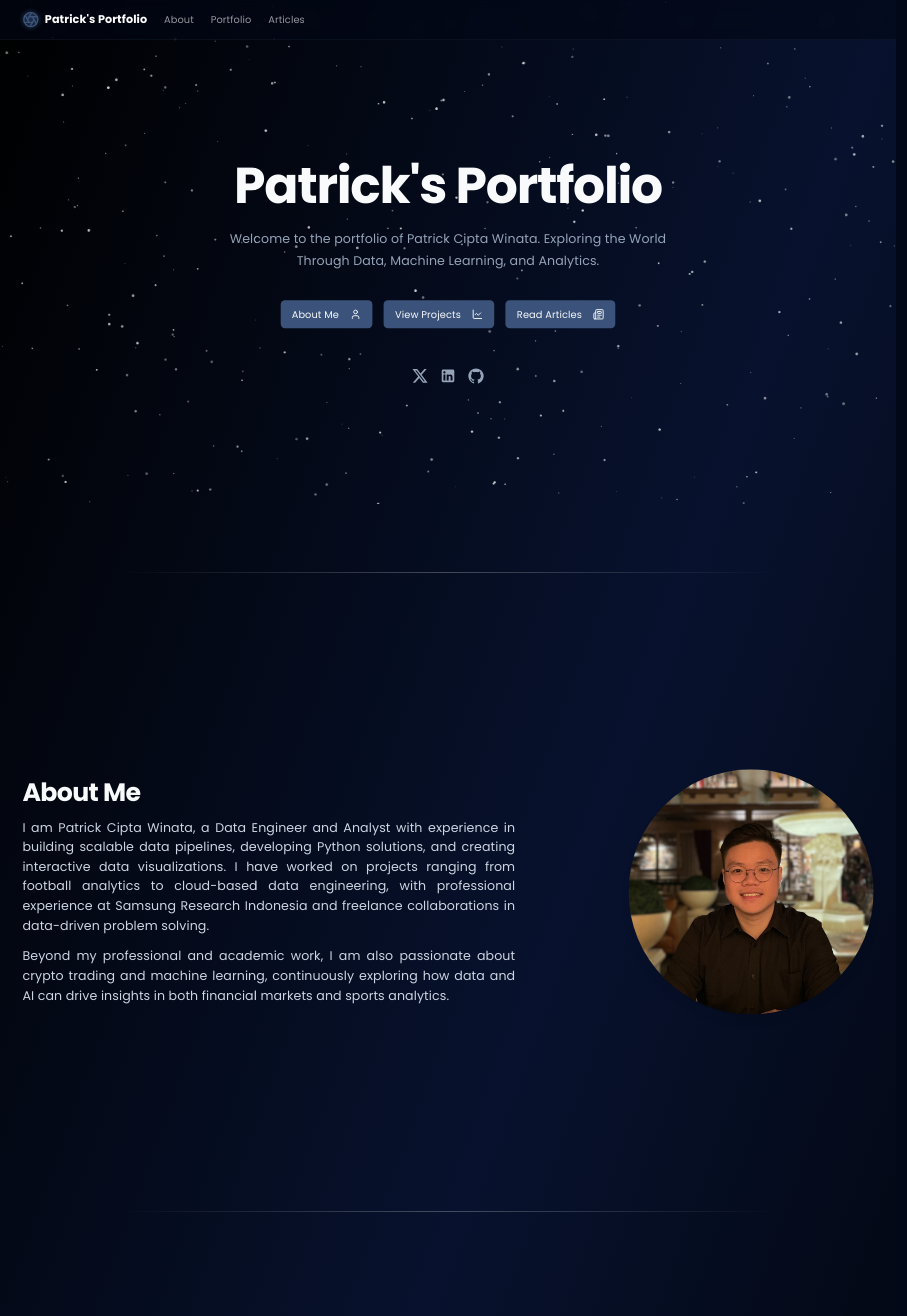
Repository: patrick-cw/my-portfolio
Page: /
The author's editor kept a copy of each file at every save. The page is drawn from the files as they stood at one save, then again after the next save.
The browser window is 1280 px wide. The page is 1296 px wide, so the pictures cover 1296 px, including what lies to the right of the window. The pictures show the part of the page from y = 0 to 1880 px (the page is 3545 px tall), at 70% of full size.
The project was rebuilt for these pictures with package versions that can differ from the ones it lists, and the page was loaded fresh each time. The framework's server and built-in components were replaced by stand-ins that run in the browser. Also part of the build but not shown: next.config.ts.

Above is the page before, as saved 2025-08-31 02:47:10.

### src/app/layout.tsx
import type {Metadata} from 'next';
import './globals.css';
import { Toaster } from "@/components/ui/toaster";
import { cn } from '@/lib/utils';
import Particles from '@/components/particles';
import Header from '@/components/header';
import Footer from '@/components/footer';
import ThemeRegistry from '@/components/ThemeRegistry';

export const metadata: Metadata = {
  title: "Patrick's Portfolio",
  description: 'A portfolio showcasing football analytics projects, articles, and more.',
};

export default function RootLayout({
  children,
}: Readonly<{
  children: React.ReactNode;
}>) {
  return (
    <html lang="en" className="dark" style={{scrollBehavior: 'smooth'}}>
      <head>
        <link rel="preconnect" href="https://fonts.googleapis.com" />
        <link rel="preconnect" href="https://fonts.gstatic.com" crossOrigin="anonymous" />
        <link href="https://fonts.googleapis.com/css2?family=Poppins:wght@400;600;700&display=swap" rel="stylesheet" />
      </head>
      <body className={cn("min-h-screen font-body antialiased bg-background")}>
        <ThemeRegistry>
          <div className="relative z-0 flex min-h-screen flex-col bg-gradient-to-br from-black via-blue-900/20 to-black">
            <Particles />
            <Header />
            <main className="flex-1">{children}</main>
            <Footer />
          </div>
          <Toaster />
        </ThemeRegistry>
      </body>
    </html>
  );
}

### src/app/globals.css
@tailwind base;
@tailwind components;
@tailwind utilities;

@layer base {
  :root {
    --background: 0 0% 100%;
    --foreground: 222.2 84% 4.9%;
    --card: 0 0% 100%;
    --card-foreground: 222.2 84% 4.9%;
    --card-highlight: 217.2 91.2% 95%;
    --popover: 0 0% 100%;
    --popover-foreground: 222.2 84% 4.9%;
    --primary: 217.2 91.2% 59.8%;
    --primary-foreground: 210 40% 98%;
    --secondary: 210 40% 96.1%;
    --secondary-foreground: 217.2 91.2% 59.8%;
    --muted: 210 40% 96.1%;
    --muted-foreground: 215.4 16.3% 46.9%;
    --accent: 202.77 50.91% 17.55%;
    --accent-foreground: 217.2 91.2% 59.8%;
    --destructive: 0 84.2% 60.2%;
    --destructive-foreground: 210 40% 98%;
    --border: 214.3 31.8% 91.4%;
    --input: 214.3 31.8% 91.4%;
    --ring: 217.2 91.2% 59.8%;
    --radius: 0.5rem;
    --sidebar-background: 0 0% 98%;
    --sidebar-foreground: 240 5.3% 26.1%;
    --sidebar-primary: 240 5.9% 10%;
    --sidebar-primary-foreground: 0 0% 98%;
    --sidebar-accent: 240 4.8% 95.9%;
    --sidebar-accent-foreground: 240 5.9% 10%;
    --sidebar-border: 220 13% 91%;
    --sidebar-ring: 217.2 91.2% 59.8%;
    --chart-1: 12 76% 61%;
    --chart-2: 173 58% 39%;
    --chart-3: 197 37% 24%;
    --chart-4: 43 74% 66%;
    --chart-5: 27 87% 67%;
  }
  .dark {
    --background: 222.2 84% 4.9%;
    --foreground: 210 40% 98%;
    --card: 222.2 84% 6.9%;
    --card-foreground: 210 40% 98%;
    --card-highlight: 240.85 31.17% 24.06%;
    --popover: 222.2 84% 4.9%;
    --popover-foreground: 210 40% 98%;
    --primary: 217.2 35% 35.5%;
    --primary-foreground: 210 40% 98%;
    --secondary: 217.2 32.6% 17.5%;
    --secondary-foreground: 210 40% 98%;
    --muted: 217.2 32.6% 17.5%;
    --muted-foreground: 215 20.2% 65.1%;
    --accent: 217.2 32.6% 17.5%;
    --accent-foreground: 210 40% 98%;
    --destructive: 0 62.8% 30.6%;
    --destructive-foreground: 210 40% 98%;
    --border: 217.2 32.6% 17.5%;
    --input: 217.2 32.6% 17.5%;
    --ring: 217.2 91.2% 59.8%;
    --chart-1: 220 70% 50%;
    --chart-2: 160 60% 45%;
    --chart-3: 30 80% 55%;
    --chart-4: 280 65% 60%;
    --chart-5: 340 75% 55%;
    --sidebar-background: 240 5.9% 10%;
    --sidebar-foreground: 240 4.8% 95.9%;
    --sidebar-primary: 224.3 76.3% 48%;
    --sidebar-primary-foreground: 0 0% 100%;
    --sidebar-accent: 240 3.7% 15.9%;
    --sidebar-accent-foreground: 240 4.8% 95.9%;
    --sidebar-border: 240 3.7% 15.9%;
    --sidebar-ring: 217.2 91.2% 59.8%;
  }
}

@layer base {
  * {
    @apply border-border;
  }
  body {
    @apply bg-background text-foreground;
  }
}

### src/components/ui/toaster.tsx
"use client"

import { useToast } from "@/hooks/use-toast"
import {
  Toast,
  ToastClose,
  ToastDescription,
  ToastProvider,
  ToastTitle,
  ToastViewport,
} from "@/components/ui/toast"

export function Toaster() {
  const { toasts } = useToast()

  return (
    <ToastProvider>
      {toasts.map(function ({ id, title, description, action, ...props }) {
        return (
          <Toast key={id} {...props}>
            <div className="grid gap-1">
              {title && <ToastTitle>{title}</ToastTitle>}
              {description && (
                <ToastDescription>{description}</ToastDescription>
              )}
            </div>
            {action}
            <ToastClose />
          </Toast>
        )
      })}
      <ToastViewport />
    </ToastProvider>
  )
}

### src/components/particles.tsx
"use client";

import React, { useRef, useEffect } from 'react';
import { cn } from '@/lib/utils';

interface MousePosition {
  x: number | null;
  y: number | null;
  radius: number;
}

// Helper class for a single particle
class Particle {
  x: number;
  y: number;
  size: number;
  color: string;
  // Base velocity
  vx: number;
  vy: number;
  // Mouse-induced velocity
  pushX: number;
  pushY: number;
  friction: number;

  constructor(private canvas: HTMLCanvasElement) {
    this.x = Math.random() * canvas.width;
    this.y = Math.random() * canvas.height;
    this.size = Math.random() * 1.5 + 0.5;
    this.color = `rgba(255, 255, 255, ${Math.random() * 0.5 + 0.3})`;
    this.vx = (Math.random() - 0.5) * 0.1; // Slow independent horizontal movement
    this.vy = (Math.random() - 0.5) * 0.1; // Slow independent vertical movement
    this.pushX = 0;
    this.pushY = 0;
    this.friction = 0.95; // Slows down the mouse push effect
  }

  draw(context: CanvasRenderingContext2D) {
    context.fillStyle = this.color;
    context.beginPath();
    context.arc(this.x, this.y, this.size, 0, Math.PI * 2);
    context.fill();
  }

  update(mouse: MousePosition) {
    // Mouse interaction
    if (mouse.x !== null && mouse.y !== null) {
        const dx = this.x - mouse.x;
        const dy = this.y - mouse.y;
        const distance = Math.sqrt(dx * dx + dy * dy);
        const forceDirectionX = dx / distance;
        const forceDirectionY = dy / distance;
        const force = (mouse.radius - distance) / mouse.radius; // Inverted force

        if (distance < mouse.radius) {
            const pushStrength = force * 0.5; // Adjust push strength
            this.pushX += forceDirectionX * pushStrength;
            this.pushY += forceDirectionY * pushStrength;
        }
    }

    // Apply friction to the mouse-push velocity
    this.pushX *= this.friction;
    this.pushY *= this.friction;

    // Update position with both base velocity and mouse-push velocity
    this.x += this.vx + this.pushX;
    this.y += this.vy + this.pushY;

    // Screen wrapping logic
    if (this.x > this.canvas.width) this.x = 0;
    if (this.x < 0) this.x = this.canvas.width;
    if (this.y > this.canvas.height) this.y = 0;
    if (this.y < 0) this.y = this.canvas.height;
  }
}

export default function Particles({ className }: { className?: string }) {
  const canvasRef = useRef<HTMLCanvasElement>(null);
  const particles = useRef<Particle[]>([]);
  const mouse = useRef<MousePosition>({ x: null, y: null, radius: 100 });
  const animationFrameId = useRef<number>();

  const initParticles = (canvas: HTMLCanvasElement) => {
    particles.current = [];
    const numberOfParticles = Math.floor((canvas.width * canvas.height) / 3000);
    for (let i = 0; i < numberOfParticles; i++) {
      particles.current.push(new Particle(canvas));
    }
  };

  const animate = () => {
    const canvas = canvasRef.current;
    if (!canvas) return;
    const context = canvas.getContext('2d');
    if (!context) return;

    context.clearRect(0, 0, canvas.width, canvas.height);
    for (const particle of particles.current) {
      particle.update(mouse.current);
      particle.draw(context);
    }
    animationFrameId.current = requestAnimationFrame(animate);
  };

  useEffect(() => {
    const canvas = canvasRef.current;
    if (!canvas) return;

    const handleResize = () => {
      if (animationFrameId.current) {
        cancelAnimationFrame(animationFrameId.current);
      }
      canvas.width = window.innerWidth;
      canvas.height = window.innerHeight;
      initParticles(canvas);
      animate();
    };

    const handleMouseMove = (event: MouseEvent) => {
      mouse.current.x = event.clientX;
      mouse.current.y = event.clientY;
    };

    const handleMouseLeave = () => {
        mouse.current.x = null;
        mouse.current.y = null;
    }

    window.addEventListener('resize', handleResize);
    window.addEventListener('mousemove', handleMouseMove);
    window.addEventListener('mouseleave', handleMouseLeave);

    handleResize();

    return () => {
      window.removeEventListener('resize', handleResize);
      window.removeEventListener('mousemove', handleMouseMove);
      window.removeEventListener('mouseleave', handleMouseLeave);
      if (animationFrameId.current) {
        cancelAnimationFrame(animationFrameId.current);
      }
    };
  }, []);

  return <canvas ref={canvasRef} className={cn('fixed top-0 left-0 w-full h-full -z-10', className)} />;
}

### src/components/header.tsx
import Link from "next/link";
import { Aperture, Footprints } from "lucide-react";

export default function Header() {
  return (
    <header className="sticky top-0 z-50 w-full border-b border-border/40 bg-background/95 backdrop-blur supports-[backdrop-filter]:bg-background/60">
      <div className="container flex h-14 max-w-screen-2xl items-center">
        <Link href="/#home" className="mr-6 flex items-center space-x-2">
          <Aperture className="h-6 w-6 text-primary" style={{filter: 'drop-shadow(0 0 4px hsl(var(--primary)))'}}/>
          <span className="font-bold sm:inline-block font-headline">Patrick's Portfolio</span>
        </Link>
        <nav className="flex items-center gap-4 text-sm lg:gap-6">
          <Link href="/#about" className="text-foreground/60 transition-colors hover:text-foreground/80">
            About
          </Link>
          <Link href="/#portfolio" className="text-foreground/60 transition-colors hover:text-foreground/80">
            Portfolio
          </Link>
          <Link href="/#articles" className="text-foreground/60 transition-colors hover:text-foreground/80">
            Articles
          </Link>
        </nav>
      </div>
    </header>
  );
}

### src/components/footer.tsx
export default function Footer() {
    return (
      <footer className="border-t border-border/40 py-6 md:py-8">
        <div className="container flex flex-col items-center justify-between gap-4 md:flex-row">
          <p className="text-sm text-muted-foreground">
            © {new Date().getFullYear()} Patrick Cipta Winata. All rights reserved.
          </p>
        </div>
      </footer>
    );
  }

### src/components/ThemeRegistry.tsx
'use client';
import createCache from '@emotion/cache';
import { useServerInsertedHTML } from 'next/navigation';
import { CacheProvider } from '@emotion/react';
import { ThemeProvider } from '@mui/material/styles';
import CssBaseline from '@mui/material/CssBaseline';
import { createTheme } from '@mui/material/styles';
import React from 'react';

const theme = createTheme({
  palette: {
    mode: 'dark',
  },
});

// This implementation is from emotion-js
// https://github.com/emotion-js/emotion/issues/2928#issuecomment-1319747902
export default function ThemeRegistry(props: { children: React.ReactNode }) {
  const { children } = props;

  const [{ cache, flush }] = React.useState(() => {
    const cache = createCache({ key: 'mui-style' });
    cache.compat = true;
    const prevInsert = cache.insert;
    let inserted: string[] = [];
    cache.insert = (...args) => {
      const serialized = args[1];
      if (cache.inserted[serialized.name] === undefined) {
        inserted.push(serialized.name);
      }
      return prevInsert(...args);
    };
    const flush = () => {
      const prevInserted = inserted;
      inserted = [];
      return prevInserted;
    };
    return { cache, flush };
  });

  useServerInsertedHTML(() => {
    const names = flush();
    if (names.length === 0) {
      return null;
    }
    let styles = '';
    for (const name of names) {
      styles += cache.inserted[name];
    }
    return (
      <style
        key={cache.key}
        data-emotion={`${cache.key} ${names.join(' ')}`}
        dangerouslySetInnerHTML={{
          __html: styles,
        }}
      />
    );
  });

  return (
    <CacheProvider value={cache}>
      <ThemeProvider theme={theme}>
        <CssBaseline />
        {children}
      </ThemeProvider>
    </CacheProvider>
  );
}

### src/components/ui/button.tsx
import * as React from "react"
import { Slot } from "@radix-ui/react-slot"
import { cva, type VariantProps } from "class-variance-authority"

import { cn } from "@/lib/utils"

const buttonVariants = cva(
  "inline-flex items-center justify-center gap-2 whitespace-nowrap rounded-md text-sm font-medium ring-offset-background transition-colors focus-visible:outline-none focus-visible:ring-2 focus-visible:ring-ring focus-visible:ring-offset-2 disabled:pointer-events-none disabled:opacity-50 [&_svg]:pointer-events-none [&_svg]:size-4 [&_svg]:shrink-0",
  {
    variants: {
      variant: {
        default: "bg-primary text-primary-foreground hover:bg-primary/90",
        destructive:
          "bg-destructive text-destructive-foreground hover:bg-destructive/90",
        outline:
          "border border-input bg-background hover:bg-accent hover:text-accent-foreground",
        secondary:
          "bg-secondary text-secondary-foreground hover:bg-secondary/80",
        ghost: "hover:bg-accent hover:text-accent-foreground",
        link: "text-primary underline-offset-4 hover:underline",
      },
      size: {
        default: "h-10 px-4 py-2",
        sm: "h-9 rounded-md px-3",
        lg: "h-11 rounded-md px-8",
        icon: "h-10 w-10",
      },
    },
    defaultVariants: {
      variant: "default",
      size: "default",
    },
  }
)

export interface ButtonProps
  extends React.ButtonHTMLAttributes<HTMLButtonElement>,
    VariantProps<typeof buttonVariants> {
  asChild?: boolean
}

const Button = React.forwardRef<HTMLButtonElement, ButtonProps>(
  ({ className, variant, size, asChild = false, ...props }, ref) => {
    const Comp = asChild ? Slot : "button"
    return (
      <Comp
        className={cn(buttonVariants({ variant, size, className }))}
        ref={ref}
        {...props}
      />
    )
  }
)
Button.displayName = "Button"

export { Button, buttonVariants }

### src/components/ui/toast.tsx
"use client"

import * as React from "react"
import * as ToastPrimitives from "@radix-ui/react-toast"
import { cva, type VariantProps } from "class-variance-authority"
import { X } from "lucide-react"

import { cn } from "@/lib/utils"

const ToastProvider = ToastPrimitives.Provider

const ToastViewport = React.forwardRef<
  React.ElementRef<typeof ToastPrimitives.Viewport>,
  React.ComponentPropsWithoutRef<typeof ToastPrimitives.Viewport>
>(({ className, ...props }, ref) => (
  <ToastPrimitives.Viewport
    ref={ref}
    className={cn(
      "fixed top-0 z-[100] flex max-h-screen w-full flex-col-reverse p-4 sm:bottom-0 sm:right-0 sm:top-auto sm:flex-col md:max-w-[420px]",
      className
    )}
    {...props}
  />
))
ToastViewport.displayName = ToastPrimitives.Viewport.displayName

const toastVariants = cva(
  "group pointer-events-auto relative flex w-full items-center justify-between space-x-4 overflow-hidden rounded-md border p-6 pr-8 shadow-lg transition-all data-[swipe=cancel]:translate-x-0 data-[swipe=end]:translate-x-[var(--radix-toast-swipe-end-x)] data-[swipe=move]:translate-x-[var(--radix-toast-swipe-move-x)] data-[swipe=move]:transition-none data-[state=open]:animate-in data-[state=closed]:animate-out data-[swipe=end]:animate-out data-[state=closed]:fade-out-80 data-[state=closed]:slide-out-to-right-full data-[state=open]:slide-in-from-top-full data-[state=open]:sm:slide-in-from-bottom-full",
  {
    variants: {
      variant: {
        default: "border bg-background text-foreground",
        destructive:
          "destructive group border-destructive bg-destructive text-destructive-foreground",
      },
    },
    defaultVariants: {
      variant: "default",
    },
  }
)

const Toast = React.forwardRef<
  React.ElementRef<typeof ToastPrimitives.Root>,
  React.ComponentPropsWithoutRef<typeof ToastPrimitives.Root> &
    VariantProps<typeof toastVariants>
>(({ className, variant, ...props }, ref) => {
  return (
    <ToastPrimitives.Root
      ref={ref}
      className={cn(toastVariants({ variant }), className)}
      {...props}
    />
  )
})
Toast.displayName = ToastPrimitives.Root.displayName

const ToastAction = React.forwardRef<
  React.ElementRef<typeof ToastPrimitives.Action>,
  React.ComponentPropsWithoutRef<typeof ToastPrimitives.Action>
>(({ className, ...props }, ref) => (
  <ToastPrimitives.Action
    ref={ref}
    className={cn(
      "inline-flex h-8 shrink-0 items-center justify-center rounded-md border bg-transparent px-3 text-sm font-medium ring-offset-background transition-colors hover:bg-secondary focus:outline-none focus:ring-2 focus:ring-ring focus:ring-offset-2 disabled:pointer-events-none disabled:opacity-50 group-[.destructive]:border-muted/40 group-[.destructive]:hover:border-destructive/30 group-[.destructive]:hover:bg-destructive group-[.destructive]:hover:text-destructive-foreground group-[.destructive]:focus:ring-destructive",
      className
    )}
    {...props}
  />
))
ToastAction.displayName = ToastPrimitives.Action.displayName

const ToastClose = React.forwardRef<
  React.ElementRef<typeof ToastPrimitives.Close>,
  React.ComponentPropsWithoutRef<typeof ToastPrimitives.Close>
>(({ className, ...props }, ref) => (
  <ToastPrimitives.Close
    ref={ref}
    className={cn(
      "absolute right-2 top-2 rounded-md p-1 text-foreground/50 opacity-0 transition-opacity hover:text-foreground focus:opacity-100 focus:outline-none focus:ring-2 group-hover:opacity-100 group-[.destructive]:text-red-300 group-[.destructive]:hover:text-red-50 group-[.destructive]:focus:ring-red-400 group-[.destructive]:focus:ring-offset-red-600",
      className
    )}
    toast-close=""
    {...props}
  >
    <X className="h-4 w-4" />
  </ToastPrimitives.Close>
))
ToastClose.displayName = ToastPrimitives.Close.displayName

const ToastTitle = React.forwardRef<
  React.ElementRef<typeof ToastPrimitives.Title>,
  React.ComponentPropsWithoutRef<typeof ToastPrimitives.Title>
>(({ className, ...props }, ref) => (
  <ToastPrimitives.Title
    ref={ref}
    className={cn("text-sm font-semibold", className)}
    {...props}
  />
))
ToastTitle.displayName = ToastPrimitives.Title.displayName

const ToastDescription = React.forwardRef<
  React.ElementRef<typeof ToastPrimitives.Description>,
  React.ComponentPropsWithoutRef<typeof ToastPrimitives.Description>
>(({ className, ...props }, ref) => (
  <ToastPrimitives.Description
    ref={ref}
    className={cn("text-sm opacity-90", className)}
    {...props}
  />
))
ToastDescription.displayName = ToastPrimitives.Description.displayName

type ToastProps = React.ComponentPropsWithoutRef<typeof Toast>

type ToastActionElement = React.ReactElement<typeof ToastAction>

export {
  type ToastProps,
  type ToastActionElement,
  ToastProvider,
  ToastViewport,
  Toast,
  ToastTitle,
  ToastDescription,
  ToastClose,
  ToastAction,
}

### tailwind.config.ts
import type {Config} from 'tailwindcss';

export default {
  darkMode: ['class'],
  content: [
    './src/pages/**/*.{js,ts,jsx,tsx,mdx}',
    './src/components/**/*.{js,ts,jsx,tsx,mdx}',
    './src/app/**/*.{js,ts,jsx,tsx,mdx}',
  ],
  theme: {
    container: {
      center: true,
      padding: "2rem",
      screens: {
        "2xl": "1400px",
      },
    },
    maxWidth: {
      'xl': '44rem',
    },
    extend: {
      fontFamily: {
        body: ['Poppins', 'sans-serif'],
        headline: ['Poppins', 'sans-serif'],
        code: ['monospace'],
      },
      colors: {
        background: 'hsl(var(--background))',
        foreground: 'hsl(var(--foreground))',
        card: {
          DEFAULT: 'hsl(var(--card))',
          foreground: 'hsl(var(--card-foreground))',
          highlight: 'hsl(var(--card-highlight))',
        },
        popover: {
          DEFAULT: 'hsl(var(--popover))',
          foreground: 'hsl(var(--popover-foreground))',
        },
        primary: {
          DEFAULT: 'hsl(var(--primary))',
          foreground: 'hsl(var(--primary-foreground))',
        },
        secondary: {
          DEFAULT: 'hsl(var(--secondary))',
          foreground: 'hsl(var(--secondary-foreground))',
        },
        muted: {
          DEFAULT: 'hsl(var(--muted))',
          foreground: 'hsl(var(--muted-foreground))',
        },
        accent: {
          DEFAULT: 'hsl(var(--accent))',
          foreground: 'hsl(var(--accent-foreground))',
        },
        destructive: {
          DEFAULT: 'hsl(var(--destructive))',
          foreground: 'hsl(var(--destructive-foreground))',
        },
        border: 'hsl(var(--border))',
        input: 'hsl(var(--input))',
        ring: 'hsl(var(--ring))',
        chart: {
          '1': 'hsl(var(--chart-1))',
          '2': 'hsl(var(--chart-2))',
          '3': 'hsl(var(--chart-3))',
          '4': 'hsl(var(--chart-4))',
          '5': 'hsl(var(--chart-5))',
        },
        sidebar: {
          DEFAULT: 'hsl(var(--sidebar-background))',
          foreground: 'hsl(var(--sidebar-foreground))',
          primary: 'hsl(var(--sidebar-primary))',
          'primary-foreground': 'hsl(var(--sidebar-primary-foreground))',
          accent: 'hsl(var(--sidebar-accent))',
          'accent-foreground': 'hsl(var(--sidebar-accent-foreground))',
          border: 'hsl(var(--sidebar-border))',
          ring: 'hsl(var(--sidebar-ring))',
        },
      },
      borderRadius: {
        lg: 'var(--radius)',
        md: 'calc(var(--radius) - 2px)',
        sm: 'calc(var(--radius) - 4px)',
      },
      keyframes: {
        'accordion-down': {
          from: {
            height: '0',
          },
          to: {
            height: 'var(--radix-accordion-content-height)',
          },
        },
        'accordion-up': {
          from: {
            height: 'var(--radix-accordion-content-height)',
          },
          to: {
            height: '0',
          },
        },
      },
      animation: {
        'accordion-down': 'accordion-down 0.2s ease-out',
        'accordion-up': 'accordion-up 0.2s ease-out',
      },
    },
  },
  plugins: [require('tailwindcss-animate')],
} satisfies Config;

Loaded but not shown: src/lib/utils.ts (common file); src/hooks/use-toast.ts (common file); src/app/page.tsx (308 lines, source omitted); src/components/ui/carousel.tsx (262 lines, source omitted)

After the next save:
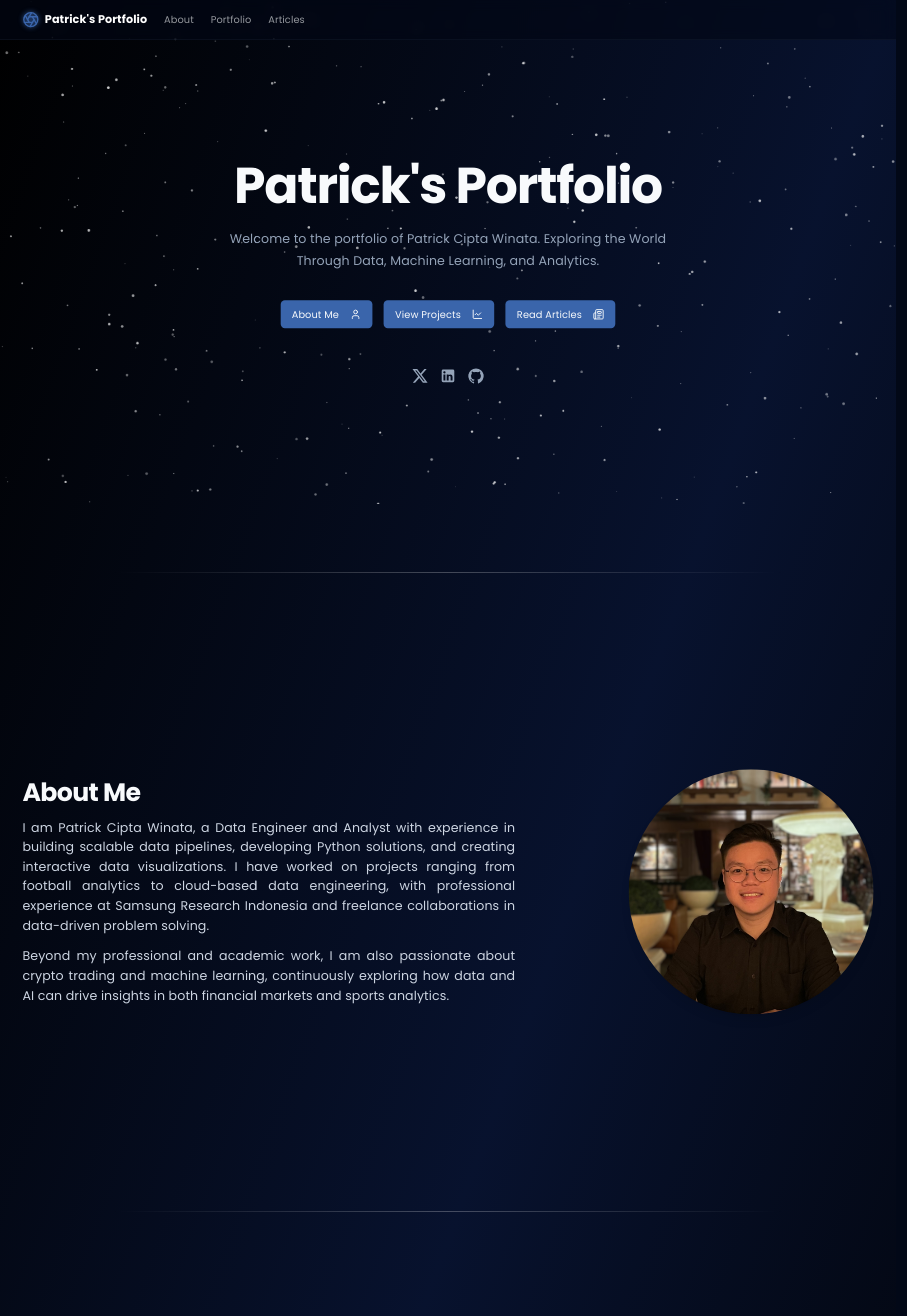
Saved 2 min 51 s later.
--- a/src/app/globals.css
+++ b/src/app/globals.css
@@ -47,7 +47,7 @@
     --card-highlight: 240.85 31.17% 24.06%;
     --popover: 222.2 84% 4.9%;
     --popover-foreground: 210 40% 98%;
-    --primary: 217.2 35% 35.5%;
+    --primary: 217.2 49.73% 44.9%;
     --primary-foreground: 210 40% 98%;
     --secondary: 217.2 32.6% 17.5%;
     --secondary-foreground: 210 40% 98%;
